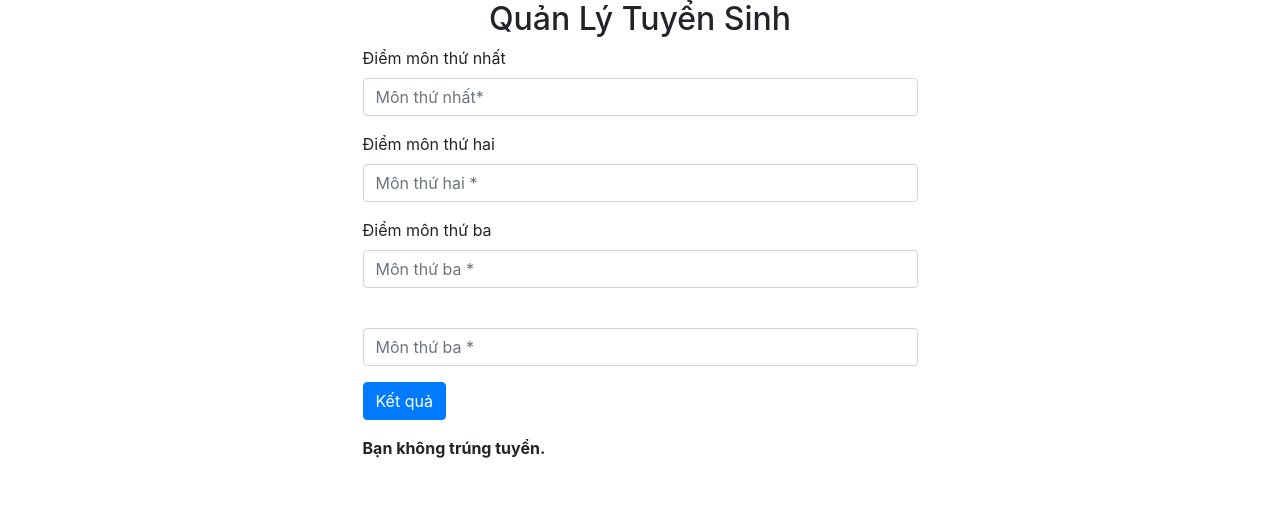
Repository: dovanthao2404/BC14_BaiTap_JS_Buoi_5_dovanthao
Page: html/bai1.html
These files come from the project's save history. The page is drawn as it stood at one moment and after a run of saves; the edit follows.
The browser window is 1280 px wide. The pictures show the whole page.

Above is the page before, as saved 2021-07-03 20:19:36.

### html/bai1.html
<!DOCTYPE html>
<html lang="en">

<head>
  <meta charset="UTF-8">
  <meta http-equiv="X-UA-Compatible" content="IE=edge">
  <meta name="viewport" content="width=device-width, initial-scale=1.0">
  <title>Document</title>

  <link rel="stylesheet" href="https://cdn.jsdelivr.net/npm/bootstrap@4.6.0/dist/css/bootstrap.min.css"
    integrity="sha384-B0vP5xmATw1+K9KRQjQERJvTumQW0nPEzvF6L/Z6nronJ3oUOFUFpCjEUQouq2+l" crossorigin="anonymous">
</head>

<body>

  <div class="container">
    <div class="admissions-manager">
      <form class="w-50 mx-auto">
        <h2 class="text-center">Quản Lý Tuyển Sinh</h2>
        <div class="form-group">
          <label for="scores-1">Điểm môn thứ nhất</label>
          <input class="form-control" type="text" placeholder="Môn thứ nhất*" id="scores-1">
          <span class="text-danger"></span>
        </div>
        <div class="form-group">
          <label for="scores-2">Điểm môn thứ hai</label>
          <input class="form-control" type="text" placeholder="Môn thứ hai *" id="scores-2">
          <span></span>
        </div>
        <div class="form-group">
          <label for="scores-3">Điểm môn thứ ba</label>
          <input class="form-control" type="text" placeholder="Môn thứ ba *" id="scores-3">
          <span></span>
        </div>
        <div class="form-group">

        </div>
        <label for="areaScores"></label>
        <input class="form-control" type="text" placeholder="Môn thứ ba *" id="areaScores">
        <span></span>
        <div class="form-group">

        </div>
        <button id="result" type="button" class="btn btn-primary">Kết quả</button>
      </form>
      <div class="mt-3 w-50 mx-auto">
        <b id="showResult">Bạn không trúng tuyển.</b>
      </div>
    </div>
  </div>
</body>

</html>

After the next 2 saves:
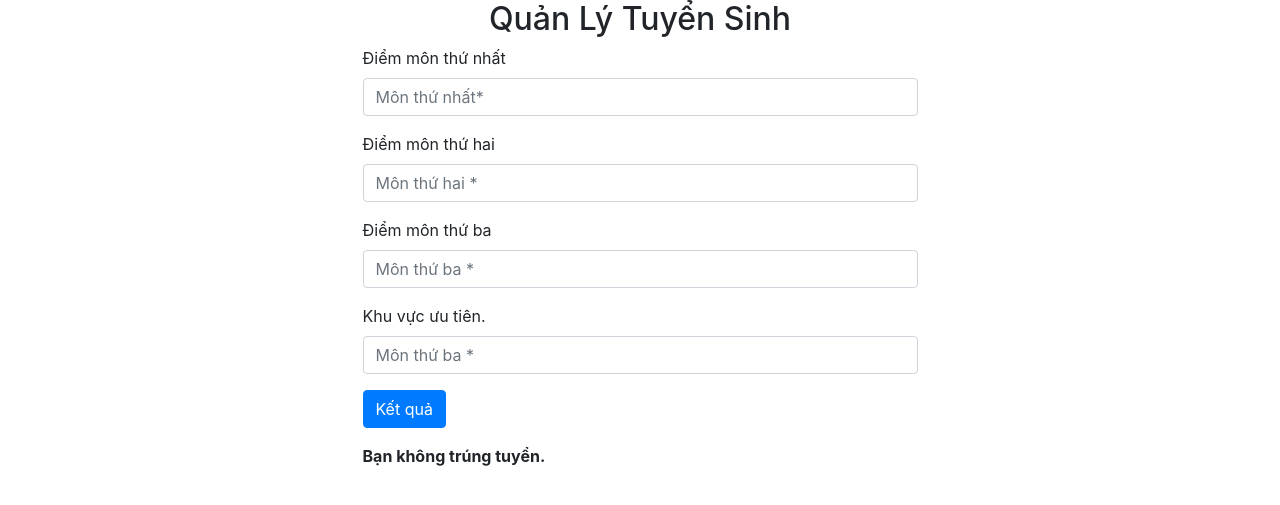
The 2 saves are shown as one change because they came seconds apart.
The last was saved 17 s later.
--- a/html/bai1.html
+++ b/html/bai1.html
@@ -35,7 +35,7 @@
         <div class="form-group">
 
         </div>
-        <label for="areaScores"></label>
+        <label for="areaScores">Khu vực ưu tiên.</label>
         <input class="form-control" type="text" placeholder="Môn thứ ba *" id="areaScores">
         <span></span>
         <div class="form-group">
